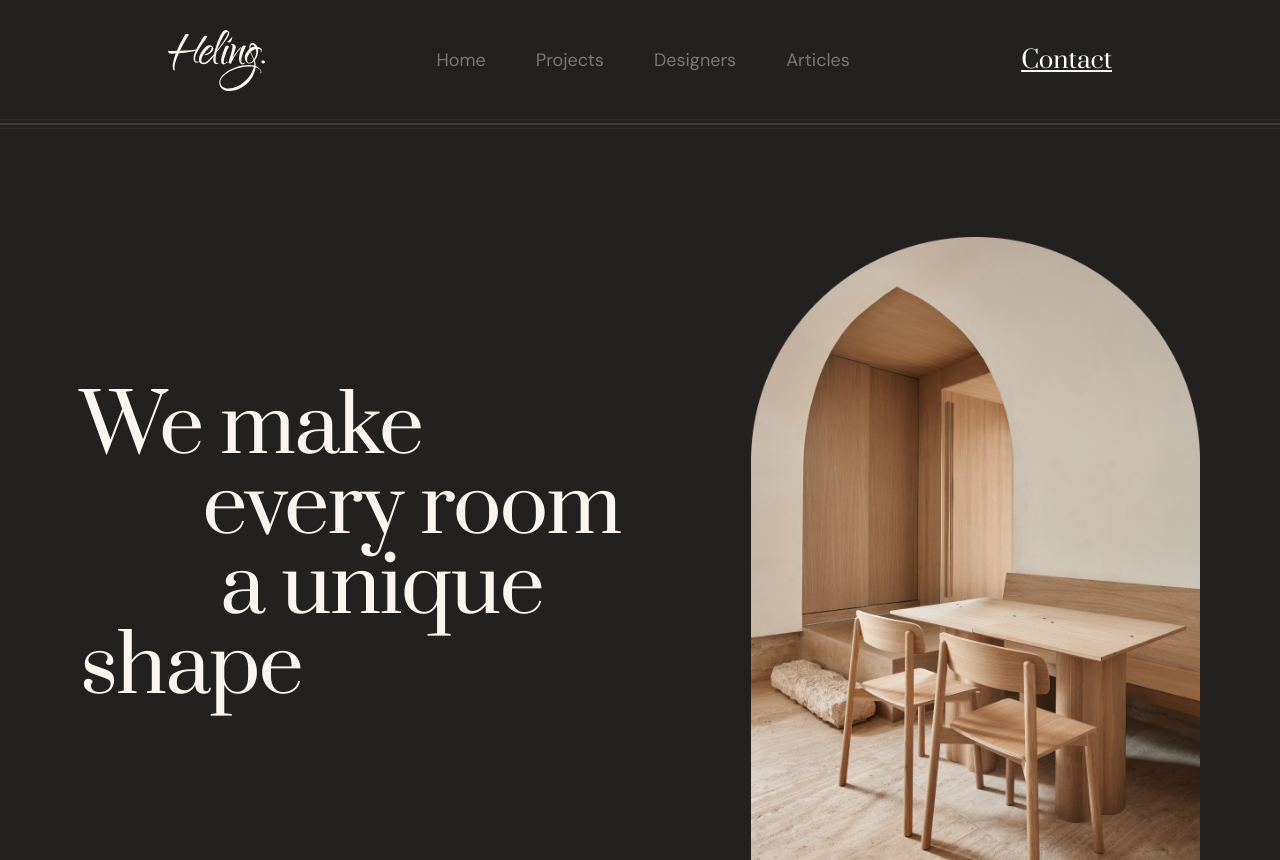
Repository: vandangnhathung/healingui_website
Page: /
These files come from the project's save history. The page is drawn as it stood at one moment and after the next save; the edit follows.
The browser window is 1280 px wide. The pictures show the whole page.
The project was rebuilt for these pictures with package versions that can differ from the ones it lists, and the page was loaded fresh each time.

Above is the page before, as saved 2022-03-16 13:23:15.

After the next save:
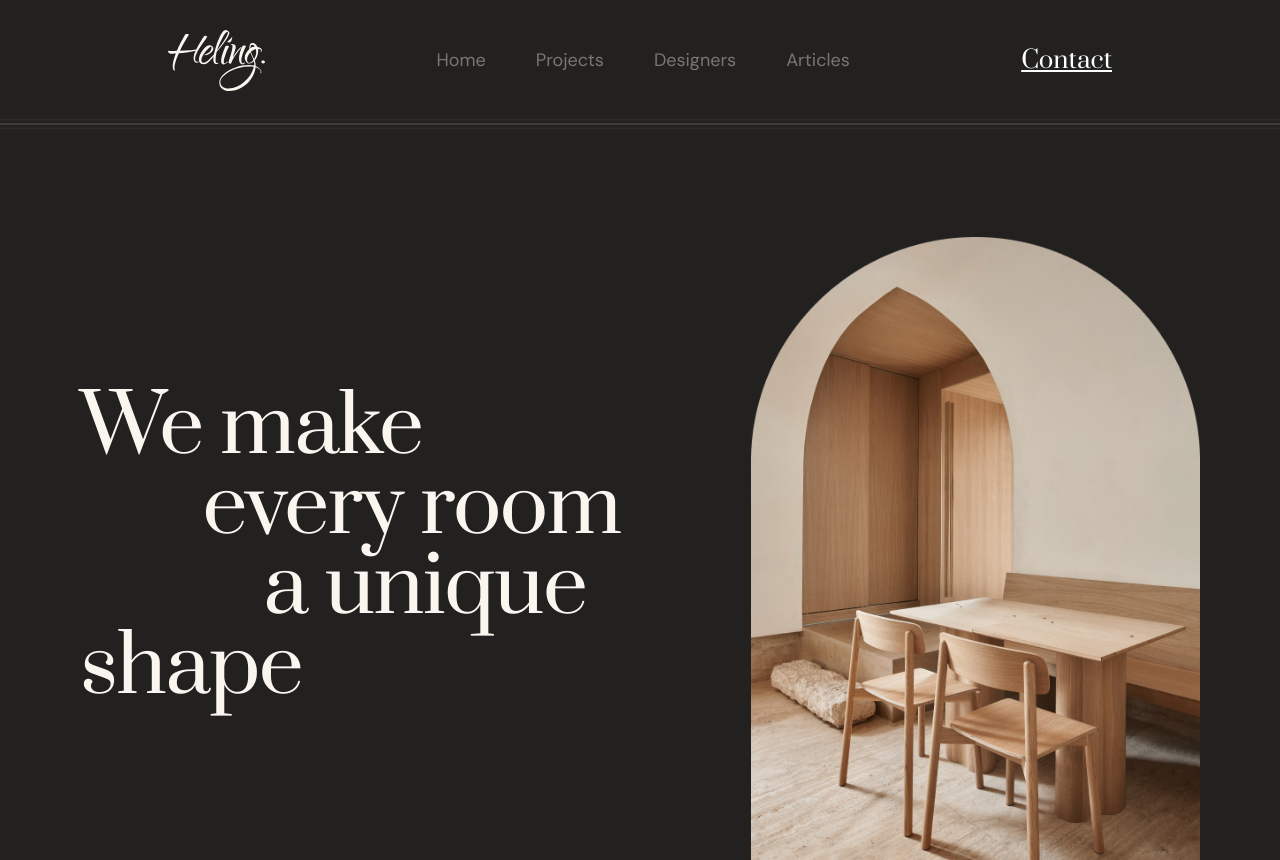
Saved 5 s later.
--- a/src/components/Container/Container.js
+++ b/src/components/Container/Container.js
@@ -34,7 +34,7 @@ const Container = () => {
         <div>
           <Slogan>
             We make <span className="opacity-0">We</span>every room{" "}
-            <span className="opacity-0">We</span> a unique shape
+            <span className="opacity-0">Wee</span> a unique shape
           </Slogan>
         </div>
         <div>
